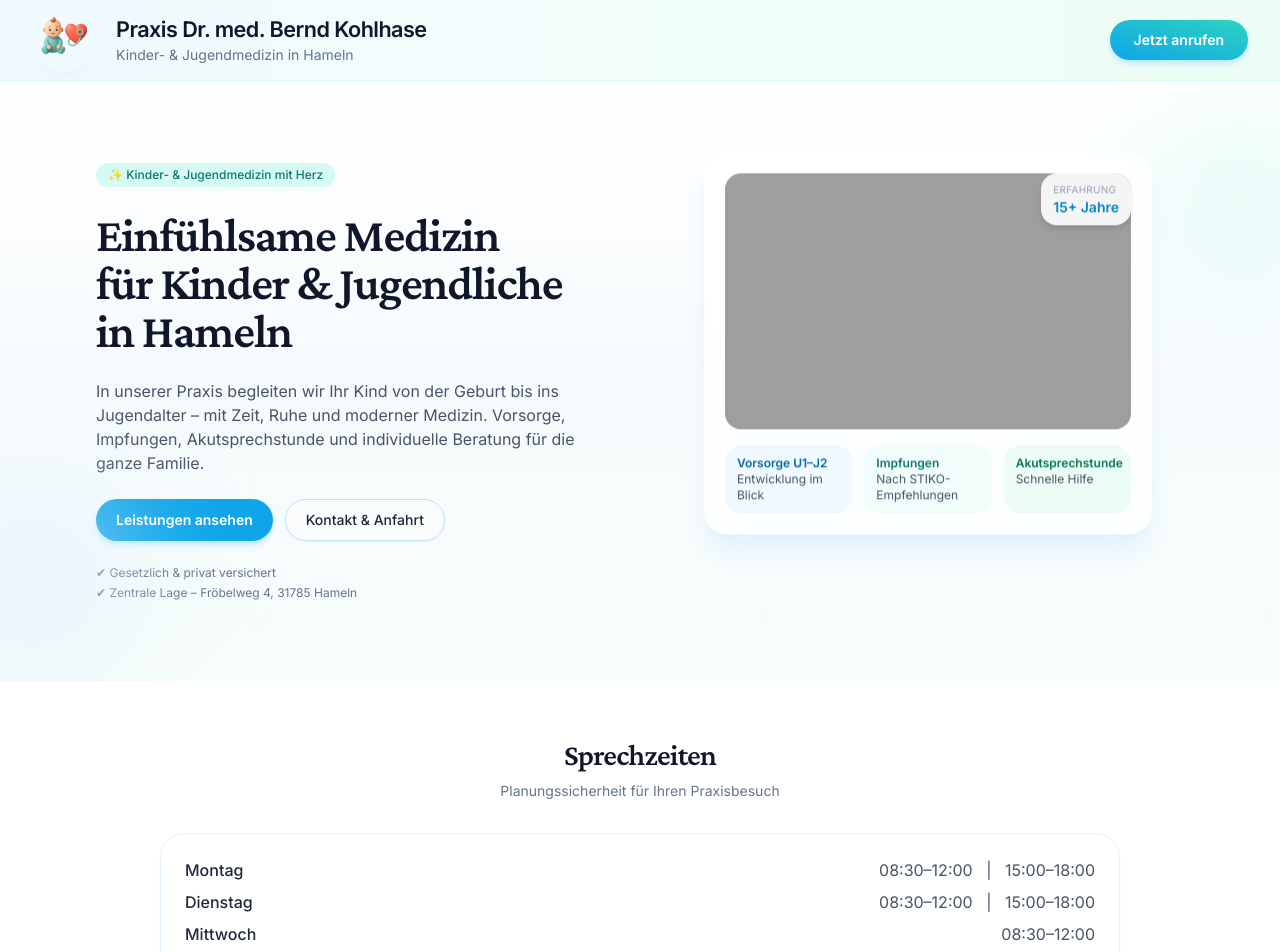
Repository: NikolajMalisch/kinderartz-web
Page: index.html
These files come from the project's save history. The page is drawn as it stood at one moment and after the next save; the edit follows.
The browser window is 1280 px wide. The pictures show the part of the page from y = 0 to 952 px (the page is 2607 px tall).
Pictures or frames that could not be fetched are drawn as grey boxes. Some web libraries are served in a nearby version.

Above is the page before, as saved 2025-12-11 21:36:47.

After the next save:
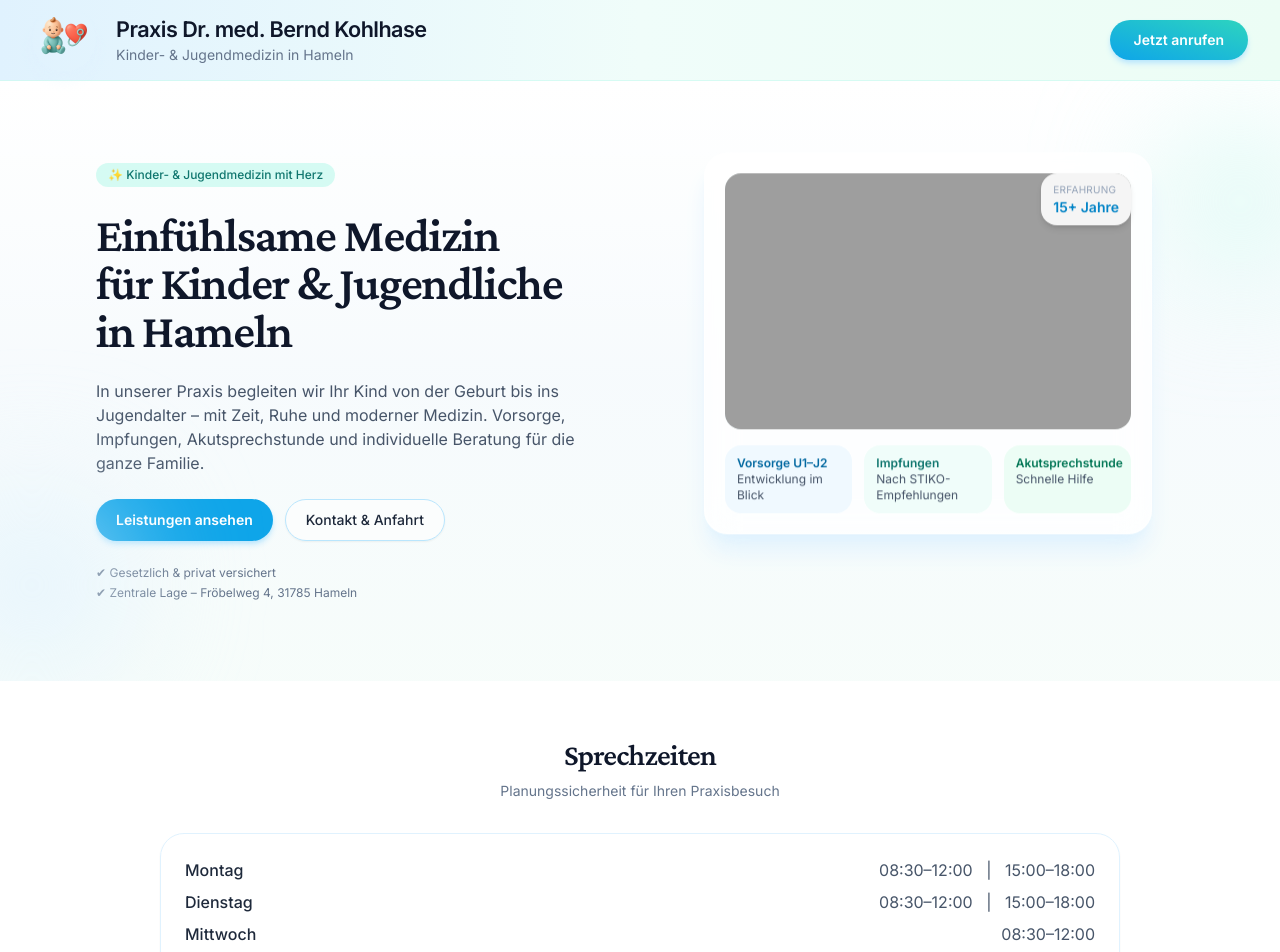
Saved 55 s later.
--- a/index.html
+++ b/index.html
@@ -59,7 +59,7 @@
 <body class="min-h-full bg-[#fdfcfb] text-slate-800">
     <!-- HEADER -->
 <header
-class="sticky top-0 z-50 bg-gradient-to-r from-sky-50 via-teal-50 to-emerald-50
+class="sticky top-0 z-50 bg-gradient-to-r from-sky-100 via-teal-50 to-emerald-50
         backdrop-blur-xl border-b border-teal-100/70"
 >
 
